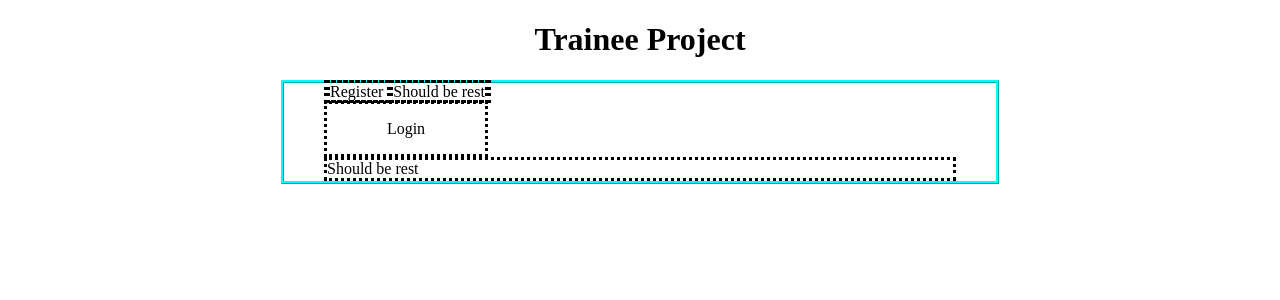
Repository: LsCodeMaster/Training
Page: Trainee/WebContent/trainee.html
An editor plug-in stored every save of this project. The page is shown before and after the next save, followed by the edit.
The browser window is 1280 px wide. The pictures show the whole page.

Above is the page before, as saved 2015-09-15 09:58:37.

After the next save:
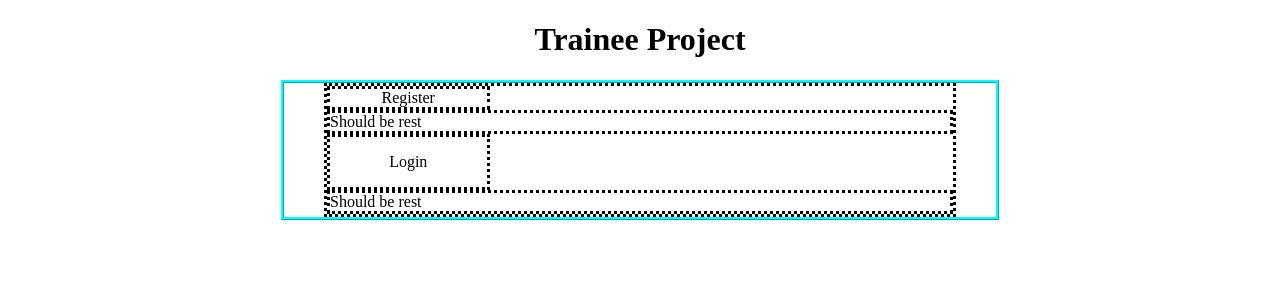
Saved 2 min 8 s later.
--- a/Trainee/WebContent/trainee.html
+++ b/Trainee/WebContent/trainee.html
@@ -8,14 +8,13 @@
 <body>
 	<h1>Trainee Project</h1>
 	<div class="centeredBox">
-		<span class="border">
-			<span class="loginType">
+		<div class="border">
+			<div class="loginType">
 				Register
-			</span>
-			<span class="border">
+			</div>
+			<div class="border">
 				Should be rest
-			</span>
-		</span>
+			</div>
 		<div>
 			<div class="loginType">
 				<p>Login</p>
